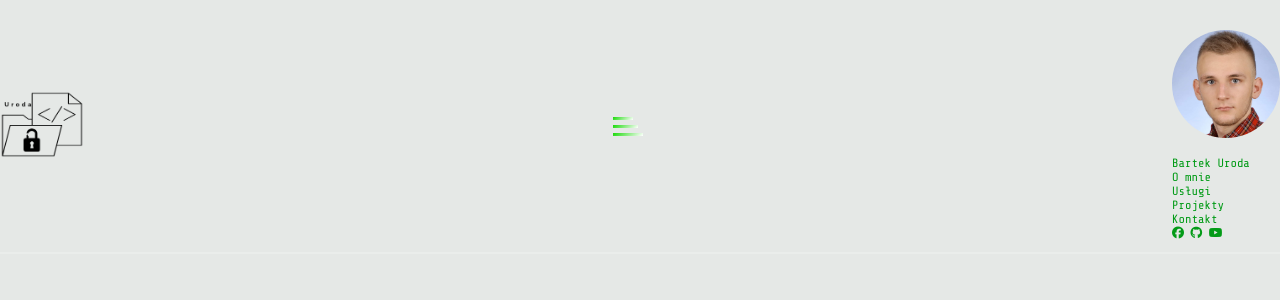
Repository: BartekUroda/portfolio
Page: index.html
An editor plug-in stored every save of this project. The page is shown before and after the next save, followed by the edit.
The browser window is 1280 px wide. The pictures show the whole page.
Some web libraries are served in a nearby version.

Above is the page before, as saved 2020-10-26 21:17:56.

### index.html
<!DOCTYPE html>
<html lang="en">
<head>
    <meta charset="UTF-8">
    <meta name="viewport" content="width=device-width, initial-scale=1.0">
    <title>Portfolio-Bartek Uroda</title>
    <link rel="stylesheet" type="text/css" href="css/style.css">
    <script src="js/script.js"></script>
    <link href="https://fonts.googleapis.com/css2?family=Poppins&sfamily=Share+Tech+Mono&display=swap" rel="stylesheet">
    <script src="https://kit.fontawesome.com/056e5c10dc.js" crossorigin="anonymous"></script>
    <link rel="shortcut icon" type="image/x-icon" href="images/favicon.ico" />
</head>
 <body>
    <header>
        <div class="container">
            <nav>
                <div class="nav-brand">
                    <a href="index.html">
                        <img src="images/logo.png" alt="Uroda">
                    </a>
                </div>
                <div class="burger-menu-icon">
                    <div class="line1"></div>
                    <div class="line2"></div>
                    <div class="line3"></div>
                </div>
                <ul class="nav-list">
                    <li class="nav-item">
                      <a href="#landing-page">
                        <img
                          src="images/profile.jpeg"
                          alt="Bartek Uroda"
                          class="profile-pic nav-link"
                        >
                        <span class="caption nav-link">Bartek Uroda</span>
                      </a>
                    </li>
                    <li class="nav-item">
                      <a href="#about" class="nav-link">O mnie</a>
                    </li>
                    <li class="nav-item">
                      <a href="#services" class="nav-link">Usługi</a>
                    </li>
                    <li class="nav-item">
                      <a href="#projects" class="nav-link">Projekty</a>
                    </li>
                    <li class="nav-item">
                      <a href="#contact" class="nav-link">Kontakt</a>
                    </li>
                    <li class="nav-item">
                      <a href="https://www.facebook.com/bartlomiej.uroda.3" target="_blank" class="nav-link">
                        <i class="fab fa-facebook"></i>
                      </a>
                      <a href="https://github.com/Urodii" target="_blank" class="nav-link">
                        <i class="fab fa-github"></i>
                      </a>
                      <a href="https://www.youtube.com/channel/UCzT1h5RNvmbtrmKT5hPjyAg?view_as=subscriber" target="_blank" class="nav-link">
                        <i class="fab fa-youtube"></i>
                      </a>
                    </li>
                  </ul>
            </nav>
        </div>
    </header>
 </body>
</html>

### css/style.css
/* ----------GLOBAL STYLES---------- */
*,
*::before,
*::after {
  margin: 0;
  padding: 0;
  box-sizing: inherit;
}
html {
    font-family: "Share Tech Mono", monospace;
    font-size: 12px;
    box-sizing: border-box;
    scroll-behavior: smooth;
    color: #e7e7e7;
    background: rgba(49, 68, 56, 0.123);
}

a {
    text-decoration: none;
    color: rgb(3, 155, 23);
}

a:hover {
    color: rgba(249, 105, 14, 1);
}

ul {
    list-style: none;
}

p {
    font-size: 1.4rem;
}

img {
    width: 100%;
    max-width: 100%;
    height: auto;
}
/* ----------HEADER---------- */
header {
    width: 100%;
    height: 5rem;
    position: absolute;
    top: 0;
    left: 0;
    z-index: 1;
}
.contenier {
    width: 100%;
    max-width: 90rem;
    margin: 0 auto;
    padding: 0 1.5rem;
}
.nav-brand {
    width: 7rem;
}
nav {
    width: 100%;
    display: flex;
    align-items: center;
    justify-content: space-between;
    padding: 1rem 0;
    border-bottom: 2px solid rgba(255, 255, 255, .2);
}
.line1 {
    width: 20px;
    height: 3px;
    margin: 5px 0;
    background: linear-gradient(
      135deg,
      rgb(27, 218, 10) 0%,
      rgb(255, 255, 255) 100%
    );
}
.line2 {
    width: 25px;
    height: 3px;
    background: linear-gradient(
      135deg,
      rgb(27, 218, 10) 0%,
      rgb(255, 255, 255) 100%
    );
}
.line3 {
    width: 30px;
    height: 3px;
    margin: 5px 0;
    background: linear-gradient(
      135deg,
      rgb(27, 218, 10) 0%,
      rgb(255, 255, 255) 100%
    );
}
.burger-menu-icon {
    cursor: pointer;
    z-index: 999;
}
.profile-pic {
    height: 9rem;
    width: auto;
    border-radius: 50%;
    display: block;
    margin: 1.5rem 0;
}

Loaded but not shown: js/script.js (no stored copy; drawn as an empty file)

After the next save:
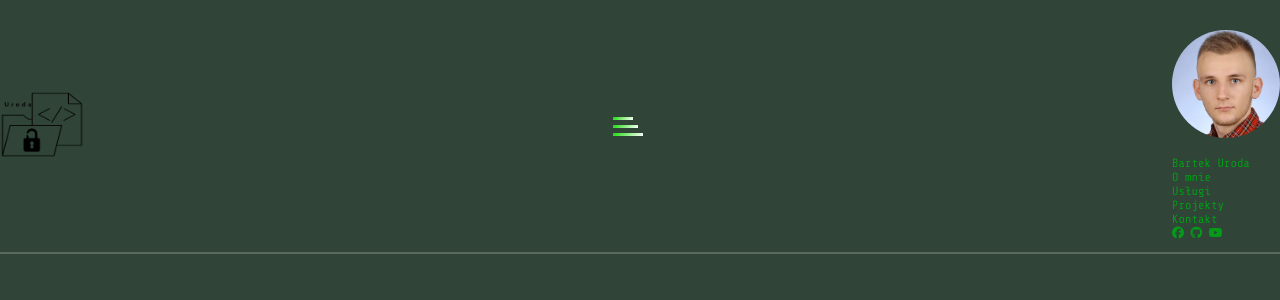
Saved 10 s later.
--- a/css/style.css
+++ b/css/style.css
@@ -12,7 +12,7 @@ html {
     box-sizing: border-box;
     scroll-behavior: smooth;
     color: #e7e7e7;
-    background: rgba(49, 68, 56, 0.123);
+    background: rgb(49, 68, 56);
 }
 
 a {
